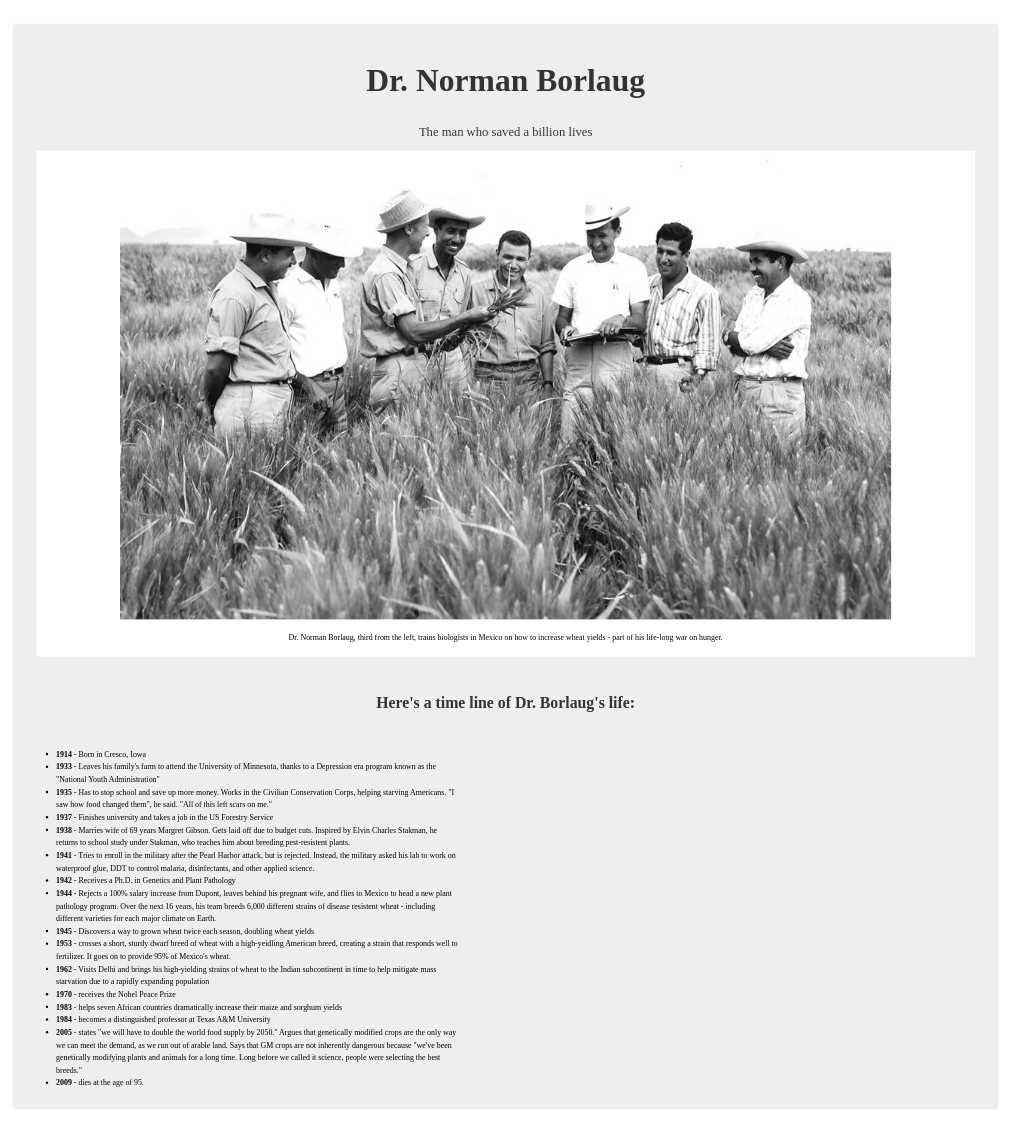
Repository: HTDuy01/github-demo
Page: freecodecamp/index.html
The author's editor kept a copy of each file at every save. The page is drawn from the files as they stood at one save, then again after the next save.
The browser window is 1280 px wide. The pictures show the whole page, at 79% of full size.

Above is the page before, as saved 2021-11-18 20:54:49.

After the next save:
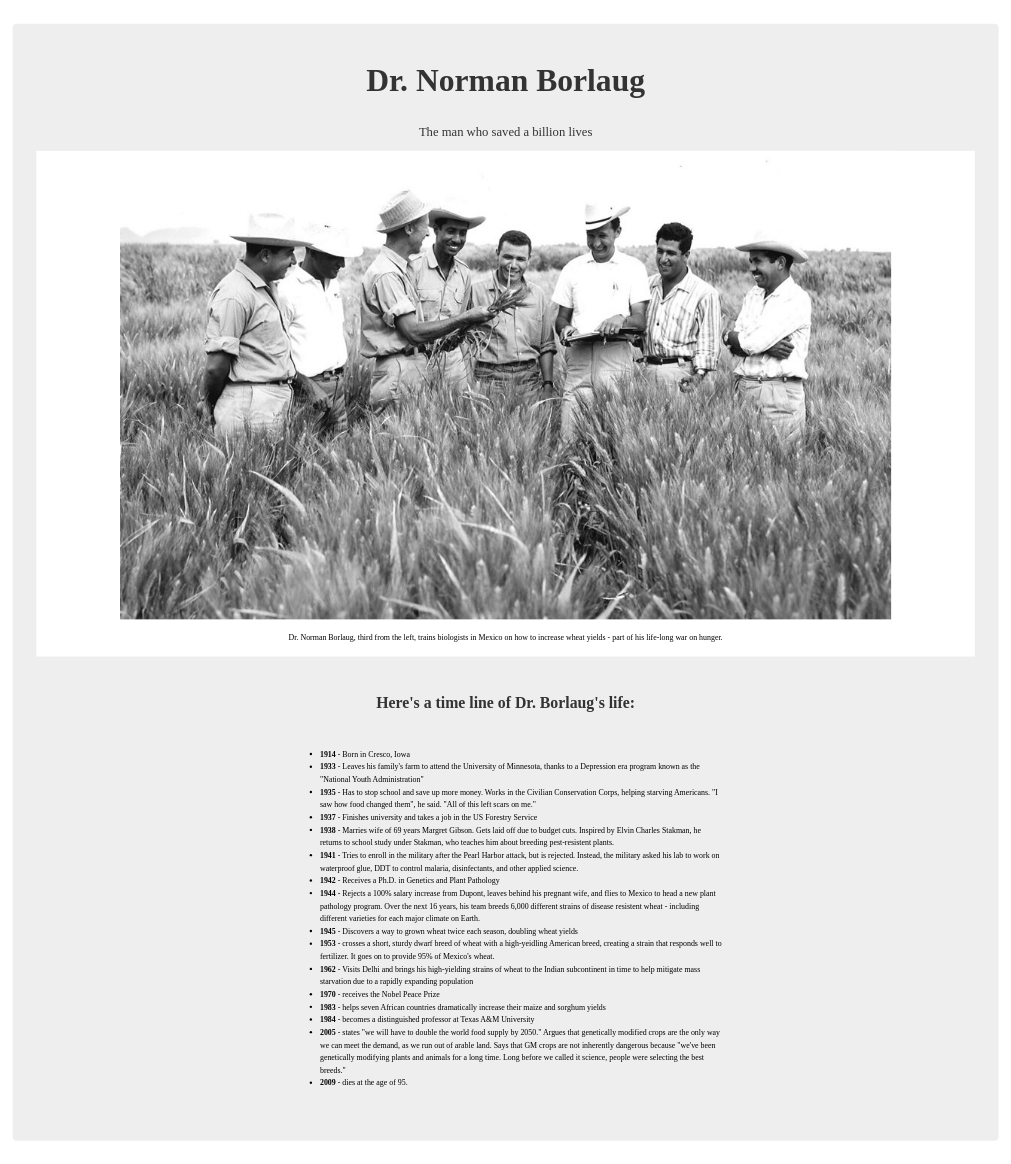
Saved 23 s later.
--- a/freecodecamp/assets/css/style.css
+++ b/freecodecamp/assets/css/style.css
@@ -54,4 +54,5 @@
 .content-list {
     max-width: 550px;
     text-align: left;
+    margin: 0 auto 50px auto;
 }
